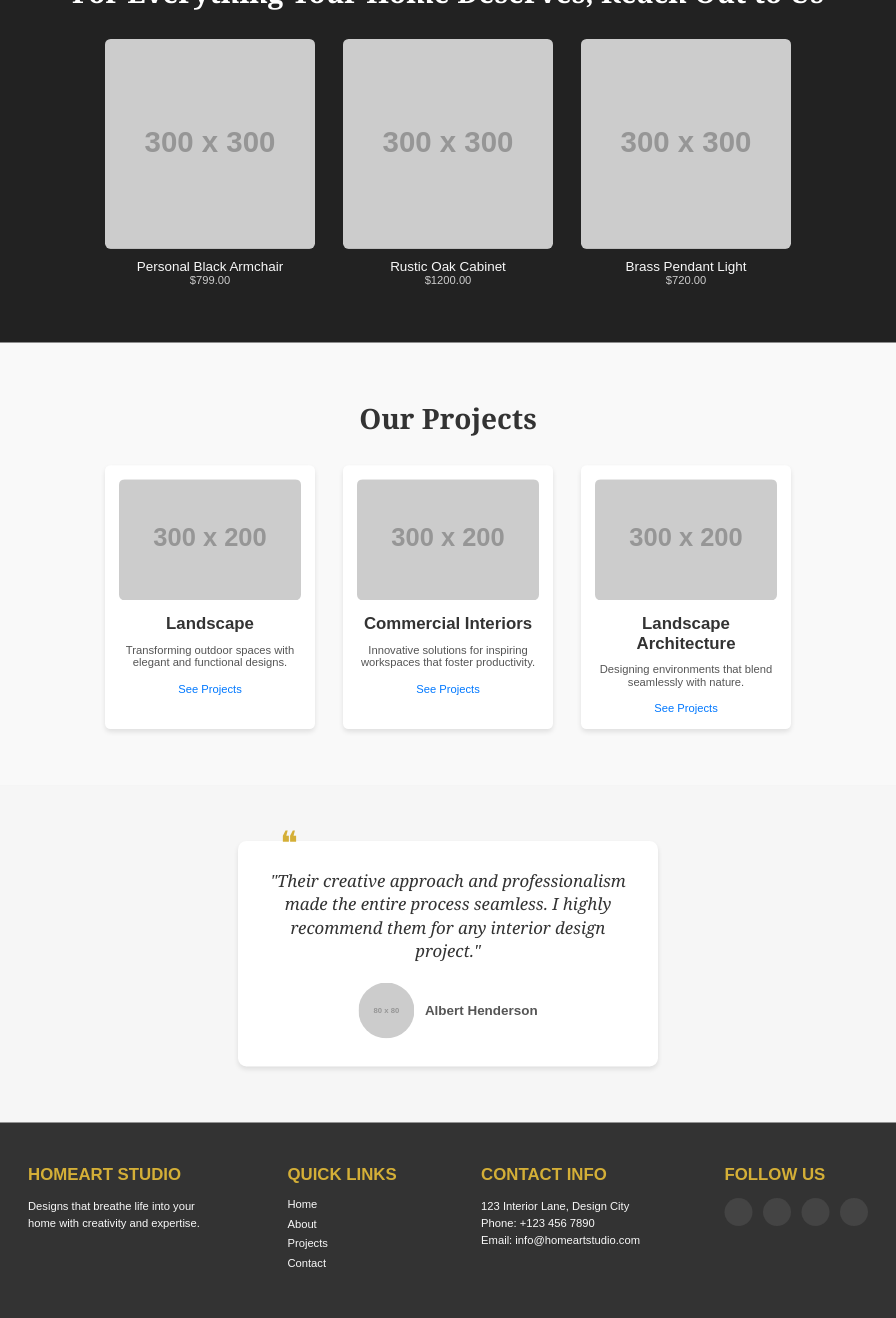
Repository: Patience225/home-decor-studio
Page: index.html
These files come from the project's save history. The page is drawn as it stood at one moment and after the next save; the edit follows.
The browser window is 1280 px wide. The pictures show the part of the page from y = 2032 to 3952 px (the page is 3915 px tall before and 3952 px after), at 70% of full size.

Above is the page before, as saved 2025-01-29 04:42:08.

### index.html
<!DOCTYPE html>
<html lang="en">
<head>
  <meta charset="UTF-8">
  <meta name="viewport" content="width=device-width, initial-scale=1.0">
  <title>HomeArt Studio</title>
  <link rel="stylesheet" href="styles.css">
</head>
<body>
  <header>
    <nav class="navbar">
      <div class="logo">HomeArt Studio</div>
      <ul class="nav-links">
        <li><a href="#">Home</a></li>
        <li><a href="#">About</a></li>
        <li><a href="#">Services</a></li>
        <li><a href="#">Collections</a></li>
        <li><a href="#">Projects</a></li>
        <li><a href="#">Contact</a></li>
      </ul>
      <div class="hamburger">
        <span></span>
        <span></span>
        <span></span>
      </div>
    </nav>
  </header>
  <section class="hero">
    <div class="hero-content">
      <h1>Designs That Breathe Life into Your Home</h1>
      <img src="https://via.placeholder.com/1200x600" alt="Living room design" class="hero-image">
      <div class="hero-stats">
        <div class="stat-item">
          <h2>100%</h2>
          <p>Satisfaction Guarantee</p>
        </div>
        <div class="stat-item">
          <h2>250</h2>
          <p>Projects Completed</p>
        </div>
        <div class="stat-item">
          <h2>3469</h2>
          <p>Happy Clients</p>
        </div>
      </div>
    </div>
  </section>
  <section class="introduction">
    <div class="intro-container">
      <div class="intro-text">
        <h2>Bringing Vision and Expertise to Every Project</h2>
        <p>
          With years of experience and a commitment to excellence, we transform
          spaces into inspiring works of art. Whether you are looking to refresh a room
          or design a completely new living space, we provide personalized solutions
          tailored to your taste and lifestyle.
        </p>
      </div>
      <div class="intro-images">
        <img src="https://via.placeholder.com/400x300" alt="Interior design 1">
        <img src="https://via.placeholder.com/400x300" alt="Interior design 2">
      </div>
    </div>
  </section>
  <section class="call-to-action">
    <div class="cta-container">
      <h2>For Everything Your Home Deserves, Reach Out to Us</h2>
      <div class="cta-images">
        <div class="image-card">
          <img src="https://via.placeholder.com/300x300" alt="Armchair">
          <p class="product-name">Personal Black Armchair</p>
          <p class="product-price">$799.00</p>
        </div>
        <div class="image-card">
          <img src="https://via.placeholder.com/300x300" alt="Cabinet">
          <p class="product-name">Rustic Oak Cabinet</p>
          <p class="product-price">$1200.00</p>
        </div>
        <div class="image-card">
          <img src="https://via.placeholder.com/300x300" alt="Pendant Light">
          <p class="product-name">Brass Pendant Light</p>
          <p class="product-price">$720.00</p>
        </div>
      </div>
    </div>
  </section>
  <section class="projects">
    <h2>Our Projects</h2>
    <div class="project-cards">
      <div class="project-card">
        <img src="https://via.placeholder.com/300x200" alt="Landscape Project">
        <h3>Landscape</h3>
        <p>Transforming outdoor spaces with elegant and functional designs.</p>
        <a href="#" class="project-link">See Projects</a>
      </div>
      <div class="project-card">
        <img src="https://via.placeholder.com/300x200" alt="Commercial Interiors">
        <h3>Commercial Interiors</h3>
        <p>Innovative solutions for inspiring workspaces that foster productivity.</p>
        <a href="#" class="project-link">See Projects</a>
      </div>
      <div class="project-card">
        <img src="https://via.placeholder.com/300x200" alt="Architecture">
        <h3>Landscape Architecture</h3>
        <p>Designing environments that blend seamlessly with nature.</p>
        <a href="#" class="project-link">See Projects</a>
      </div>
    </div>
  </section>
  <section class="customer-review">
    <div class="review-container">
      <span class="quote-icon">❝</span>
      <p class="review-text">"Their creative approach and professionalism made the entire process seamless. I highly recommend them for any interior design project."</p>
      <div class="customer-info">
        <img src="https://via.placeholder.com/80x80" alt="Customer Picture" class="customer-img">
        <p class="customer-name">Albert Henderson</p>
      </div>
    </div>
  </section>

  <footer class="footer">
    <div class="footer-container">
      <div class="footer-column">
        <h3>HomeArt Studio</h3>
        <p>Designs that breathe life into your home with creativity and expertise.</p>
      </div>
      <div class="footer-column">
        <h3>Quick Links</h3>
        <ul>
          <li><a href="#">Home</a></li>
          <li><a href="#">About</a></li>
          <li><a href="#">Projects</a></li>
          <li><a href="#">Contact</a></li>
        </ul>
      </div>
      <div class="footer-column">
        <h3>Contact Info</h3>
        <p>123 Interior Lane, Design City</p>
        <p>Phone: +123 456 7890</p>
        <p>Email: info@homeartstudio.com</p>
      </div>
      <div class="footer-column">
        <h3>Follow Us</h3>
        <div class="social-icons">
          <a href="#"><i class="fab fa-facebook-f"></i></a>
          <a href="#"><i class="fab fa-twitter"></i></a>
          <a href="#"><i class="fab fa-instagram"></i></a>
          <a href="#"><i class="fab fa-linkedin-in"></i></a>
        </div>
      </div>
    </div>
  </footer>

  <script src="script.js"></script>
</body>
</html>

### styles.css
* {
  margin: 0;
  padding: 0;
  box-sizing: border-box;
}

body {
  font-family: 'Arial', sans-serif;
  background-color: #f5f5f5;
}

header {
  width: 100%;
  background-color: white;
  padding: 15px 30px;
  box-shadow: 0 2px 5px rgba(0, 0, 0, 0.1);
  position: fixed;
  top: 0;
  z-index: 10;
}

.navbar {
  display: flex;
  justify-content: space-between;
  align-items: center;
  max-width: 1200px;
  margin: auto;
}

.logo {
  font-size: 1.5rem;
  font-weight: bold;
  color: #333;
}

.nav-links {
  display: flex;
  list-style: none;
}

.nav-links li {
  margin-left: 25px;
}

.nav-links a {
  text-decoration: none;
  color: #333;
  font-size: 1rem;
  transition: color 0.3s ease;
}

.nav-links a:hover {
  color: #0078ff;
}

.hamburger {
  display: none;
  flex-direction: column;
  cursor: pointer;
}

.hamburger span {
  height: 3px;
  width: 25px;
  background: #333;
  margin: 4px 0;
}

@media (max-width: 768px) {
  .nav-links {
    display: none;
    flex-direction: column;
    position: absolute;
    top: 60px;
    right: 0;
    background-color: white;
    width: 100%;
    text-align: right;
  }

  .nav-links.active {
    display: flex;
  }

  .hamburger {
    display: flex;
  }
}

.hero {
  width: 100%;
  background-color: #f9f9f9;
  padding: 80px 0;
  text-align: center;
}

.hero-content h1 {
  font-size: 3rem;
  font-family: 'Georgia', serif;
  color: #333;
  margin-bottom: 20px;
}

.hero-image {
  width: 100%;
  max-width: 1200px;
  height: auto;
  border-radius: 8px;
  margin: 30px 0;
}

.hero-stats {
  display: flex;
  justify-content: space-evenly;
  max-width: 1000px;
  margin: auto;
  padding: 20px 0;
}

.stat-item {
  text-align: center;
}

.stat-item h2 {
  font-size: 2.5rem;
  font-weight: bold;
  color: #0078ff;
}

.stat-item p {
  font-size: 1rem;
  color: #555;
}

@media (max-width: 768px) {
  .hero-content h1 {
    font-size: 2rem;
  }

  .hero-stats {
    flex-direction: column;
    gap: 20px;
  }
}

.introduction {
  background-color: #ffffff;
  padding: 80px 0;
  text-align: left;
}

.intro-container {
  display: flex;
  justify-content: space-between;
  align-items: center;
  max-width: 1200px;
  margin: auto;
}

.intro-text {
  width: 50%;
  padding-right: 20px;
}

.intro-text h2 {
  font-size: 2.5rem;
  font-family: 'Georgia', serif;
  color: #333;
  margin-bottom: 15px;
}

.intro-text p {
  font-size: 1rem;
  line-height: 1.6;
  color: #555;
}

.intro-images {
  display: flex;
  flex-direction: column;
  gap: 20px;
  width: 40%;
}

.intro-images img {
  width: 100%;
  border-radius: 8px;
  object-fit: cover;
}

@media (max-width: 768px) {
  .intro-container {
    flex-direction: column;
    text-align: center;
  }

  .intro-text,
  .intro-images {
    width: 100%;
  }

  .intro-text {
    padding-right: 0;
  }
}

.call-to-action {
  background-color: #222;
  padding: 80px 0;
  text-align: center;
  color: #fff;
}

.cta-container h2 {
  font-size: 2.5rem;
  font-family: 'Georgia', serif;
  color: #ffffff;
  margin-bottom: 40px;
}

.cta-images {
  display: flex;
  justify-content: center;
  gap: 40px;
}

.image-card {
  text-align: center;
  max-width: 300px;
}

.image-card img {
  width: 100%;
  border-radius: 8px;
  object-fit: cover;
}

.product-name {
  font-size: 1.2rem;
  color: #f9f9f9;
  margin-top: 10px;
}

.product-price {
  font-size: 1rem;
  color: #cccccc;
}

@media (max-width: 768px) {
  .cta-images {
    flex-direction: column;
    gap: 20px;
  }
}

.projects {
  background-color: #f9f9f9;
  padding: 80px 0;
  text-align: center;
}

.projects h2 {
  font-size: 2.5rem;
  font-family: 'Georgia', serif;
  color: #333;
  margin-bottom: 40px;
}

.project-cards {
  display: flex;
  justify-content: center;
  gap: 40px;
  max-width: 1200px;
  margin: auto;
}

.project-card {
  background-color: #ffffff;
  border-radius: 8px;
  text-align: center;
  max-width: 300px;
  padding: 20px;
  box-shadow: 0 4px 8px rgba(0, 0, 0, 0.1);
}

.project-card img {
  width: 100%;
  border-radius: 8px;
  transition: transform 0.3s ease;
}

.project-card img:hover {
  transform: scale(1.05);
}

.project-card h3 {
  font-size: 1.5rem;
  color: #333;
  margin: 15px 0;
}

.project-card p {
  font-size: 1rem;
  color: #555;
  margin-bottom: 20px;
}

.project-link {
  font-size: 1rem;
  color: #0078ff;
  text-decoration: none;
}

.project-link:hover {
  text-decoration: underline;
}

@media (max-width: 768px) {
  .project-cards {
    flex-direction: column;
    gap: 20px;
  }
}

.customer-review {
  background-color: #f6f6f6;
  padding: 80px 0;
  text-align: center;
}

.review-container {
  background-color: #ffffff;
  max-width: 600px;
  margin: auto;
  padding: 40px;
  border-radius: 12px;
  box-shadow: 0 4px 8px rgba(0, 0, 0, 0.1);
  position: relative;
}

.quote-icon {
  font-size: 3rem;
  color: #d4af37;
  position: absolute;
  top: -25px;
  left: 10%;
}

.review-text {
  font-family: 'Georgia', serif;
  font-size: 1.5rem;
  font-style: italic;
  color: #333;
  margin-bottom: 30px;
}

.customer-info {
  display: flex;
  justify-content: center;
  align-items: center;
  gap: 15px;
  margin-top: 20px;
}

.customer-img {
  width: 80px;
  height: 80px;
  border-radius: 50%;
  object-fit: cover;
}

.customer-name {
  font-size: 1.2rem;
  font-weight: bold;
  color: #555;
}

@media (max-width: 768px) {
  .review-container {
    padding: 30px;
  }

  .review-text {
    font-size: 1.2rem;
  }

  .quote-icon {
    font-size: 2.5rem;
  }
}

/* Footer Styles */
.footer {
  background-color: #333;
  color: #f9f9f9;
  padding: 60px 0;
}

.footer-container {
  display: flex;
  justify-content: space-between;
  max-width: 1200px;
  margin: auto;
  flex-wrap: wrap;
  gap: 40px;
}

.footer-column {
  max-width: 250px;
}

.footer-column h3 {
  font-size: 1.5rem;
  text-transform: uppercase;
  color: #d4af37;
  margin-bottom: 20px;
}

.footer-column p {
  font-size: 1rem;
  line-height: 1.5;
}

.footer-column ul {
  list-style: none;
  padding: 0;
}

.footer-column ul li {
  margin-bottom: 10px;
}

.footer-column ul li a {
  color: #f9f9f9;
  text-decoration: none;
  transition: color 0.3s ease;
}

.footer-column ul li a:hover {
  color: #d4af37;
}

.social-icons {
  display: flex;
  gap: 15px;
}

.social-icons a {
  display: inline-block;
  color: #f9f9f9;
  background-color: #444;
  width: 40px;
  height: 40px;
  line-height: 40px;
  text-align: center;
  border-radius: 50%;
  font-size: 1.2rem;
  transition: all 0.3s ease;
}

.social-icons a:hover {
  background-color: #d4af37;
  color: #fff;
}

@media (max-width: 768px) {
  .footer-container {
    flex-direction: column;
    text-align: center;
  }

  .footer-column {
    max-width: 100%;
  }
}

### script.js
const hamburger = document.querySelector('.hamburger');
const navLinks = document.querySelector('.nav-links');

hamburger.addEventListener('click', () => {
  navLinks.classList.toggle('active');
});

// Smooth scroll for navigation links
document.querySelectorAll('a[href^="#"]').forEach(anchor => {
  anchor.addEventListener('click', function (e) {
    e.preventDefault();
    document.querySelector(this.getAttribute('href')).scrollIntoView({
      behavior: 'smooth'
    });
  });
});

After the next save:
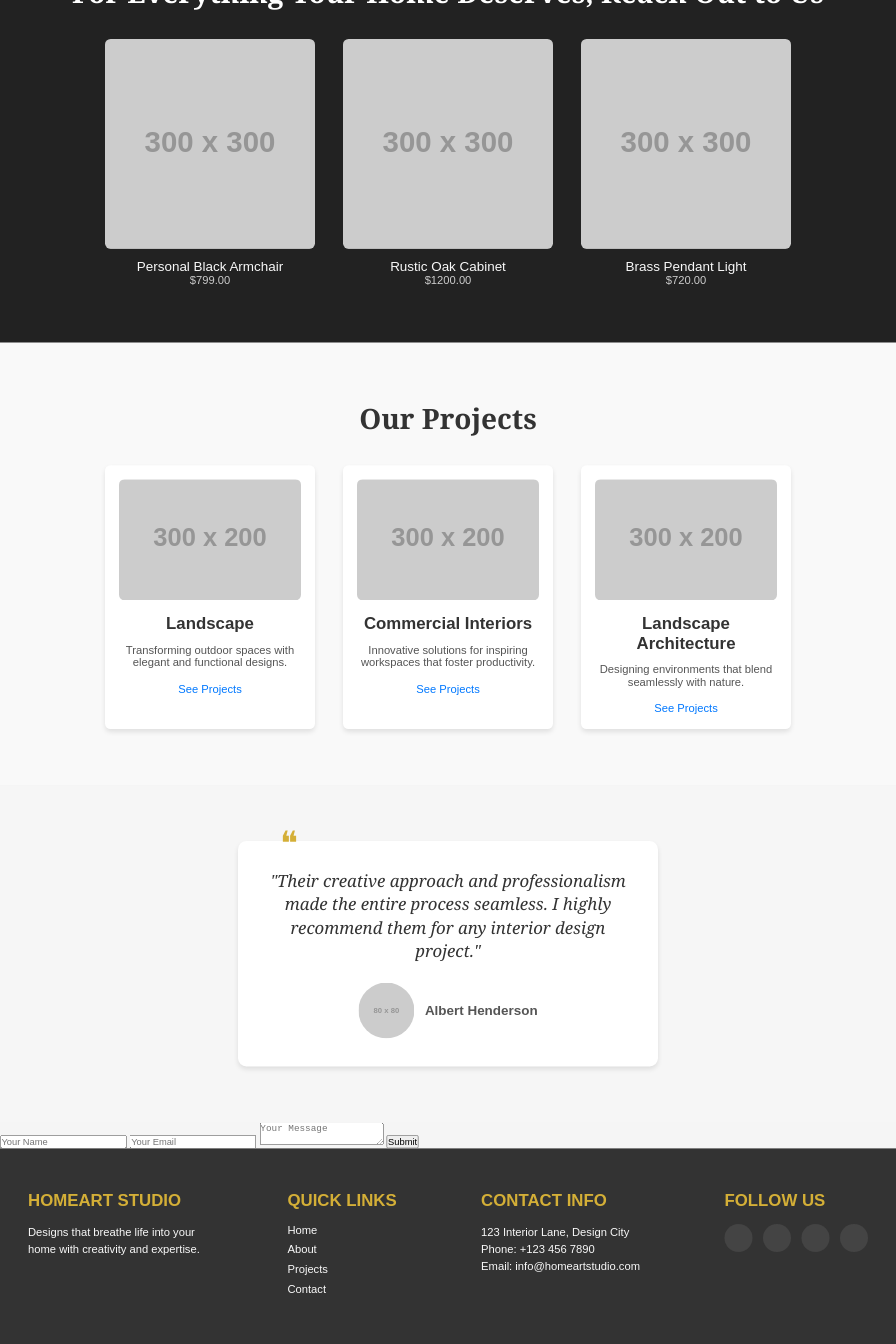
Saved 6 s later.
--- a/index.html
+++ b/index.html
@@ -117,6 +117,13 @@
       </div>
     </div>
   </section>
+  <form id="contact-form">
+    <input type="text" id="name" placeholder="Your Name" required>
+    <input type="email" id="email" placeholder="Your Email" required>
+    <textarea id="message" placeholder="Your Message" required></textarea>
+    <button type="submit">Submit</button>
+    <p id="form-feedback"></p>
+  </form>
 
   <footer class="footer">
     <div class="footer-container">
